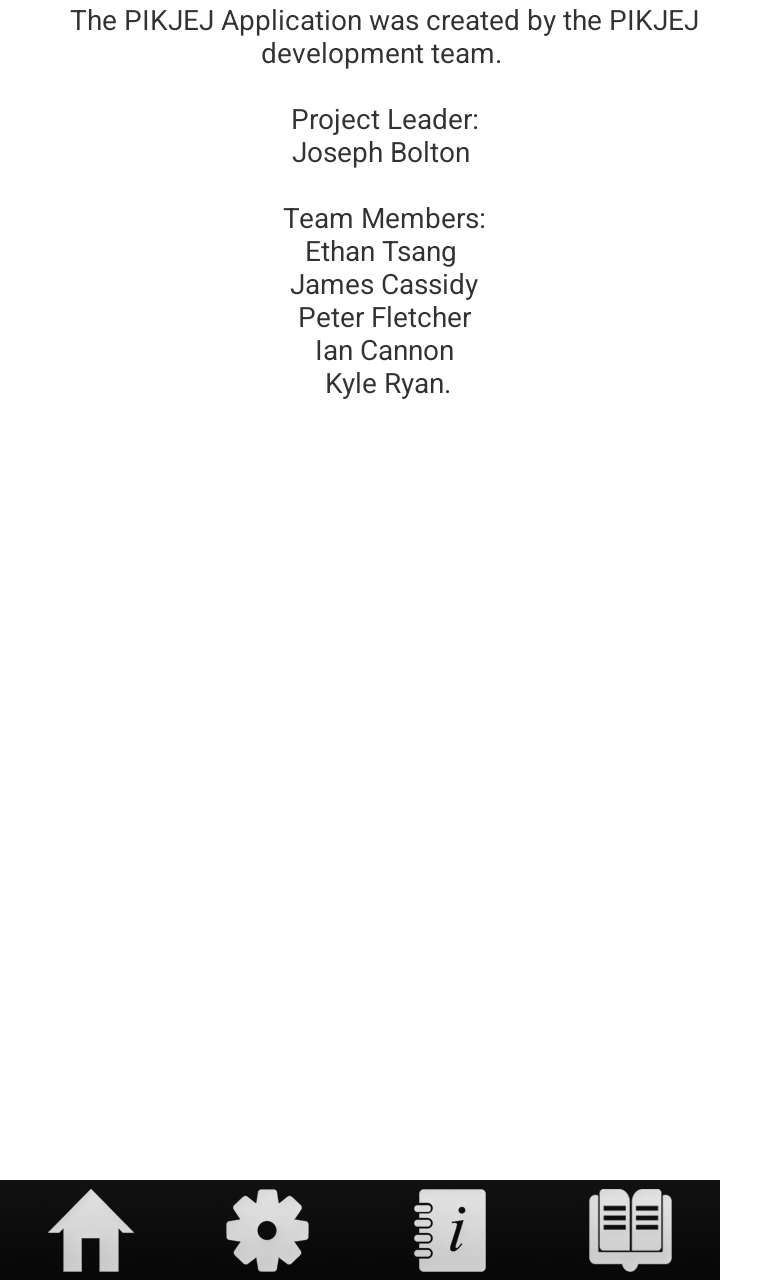
Repository: jo3bolton/PIKJEJ
Layout: PIKJEJ v7/PIKJEJ/res/layout/activity_about.xml
An editor plug-in stored every save of this project. The layout is shown before and after the next save, followed by the edit.
It is drawn on a 768 x 1280 px phone screen (xhdpi) without system bars, with theme AppTheme; the app's code is not run.

Above is the layout before, as saved 2013-03-23 13:34:54.

### PIKJEJ v7/PIKJEJ/res/layout/activity_about.xml
<RelativeLayout xmlns:android="http://schemas.android.com/apk/res/android"
    xmlns:tools="http://schemas.android.com/tools"
    android:layout_width="match_parent"
    android:layout_height="match_parent"
    android:screenOrientation="portrait"
    tools:context=".About" >

    <ImageButton
        android:id="@+id/home"
        android:layout_width="wrap_content"
        android:layout_height="wrap_content"
        android:layout_alignParentBottom="true"
        android:layout_alignParentLeft="true"
        android:background="@drawable/ic_tab_home_unselected"
        android:onClick="Home" />

    <ImageButton
        android:id="@+id/settings"
        android:layout_width="wrap_content"
        android:layout_height="wrap_content"
        android:layout_alignParentBottom="true"
        android:layout_toRightOf="@+id/home"
        android:background="@drawable/ic_tab_settings_unselected"
        android:onClick="Settings" />

    <ImageButton
        android:id="@+id/about"
        android:layout_width="wrap_content"
        android:layout_height="wrap_content"
        android:layout_alignParentBottom="true"
        android:layout_toRightOf="@+id/settings"
        android:background="@drawable/ic_tab_about_unselected"
        android:onClick="About" />

    <ImageButton
        android:id="@+id/userguide"
        android:layout_width="wrap_content"
        android:layout_height="wrap_content"
        android:layout_alignParentBottom="true"
        android:layout_toRightOf="@+id/about"
        android:background="@drawable/ic_tab_userguide_unselected"
        android:onClick="Userguide" />
<ScrollView
    android:id="@+id/ScrollView1"
        android:layout_width="wrap_content"
        android:layout_height="wrap_content"
        android:layout_above="@+id/settings"
        android:layout_alignParentLeft="true"
        android:layout_alignParentRight="true"
        android:layout_alignParentTop="true">

    <TextView
        android:id="@+id/textView1"
        android:layout_width="wrap_content"
        android:layout_height="wrap_content"
        android:gravity="center"
        android:scrollbars="vertical"
        android:text="@string/page_about" />

</ScrollView>
</RelativeLayout>

### PIKJEJ v7/PIKJEJ/res/values/strings.xml
<?xml version="1.0" encoding="utf-8"?>
<resources>

    <string name="app_name">PIKJEJ</string>
    <string name="action_settings">Settings</string>
    <string name="hello_world">Hello world!</string>
    <string name="title_activity_about">About</string>
    <string name="title_activity_alt_travel">AltTravel</string>
    <string name="title_activity_userguide">Userguide</string>
    <string name="title_activity_schedule">Schedule</string>
    <string name="title_activity_settings">Settings</string>
    <string name="title_activity_predictor">Predictor</string>
    <string name="title_activity_terms">Terms</string>
    <string name="title_activity_splash">Splash</string>
    <string name="title_activity_home">Home</string>
    <string name="page_about">The PIKJEJ Application was created by the PIKJEJ development team. \n \n Project Leader: \nJoseph Bolton \n\n Team Members: \nEthan Tsang \n James Cassidy \n Peter Fletcher \n Ian Cannon \n  Kyle Ryan.</string>

</resources>

Loaded but not shown: PIKJEJ v7/PIKJEJ/res/values/styles.xml (common file); PIKJEJ v7/PIKJEJ/res/values-v11/styles.xml (common file); PIKJEJ v7/PIKJEJ/res/values-v14/styles.xml (common file)

After the next save:
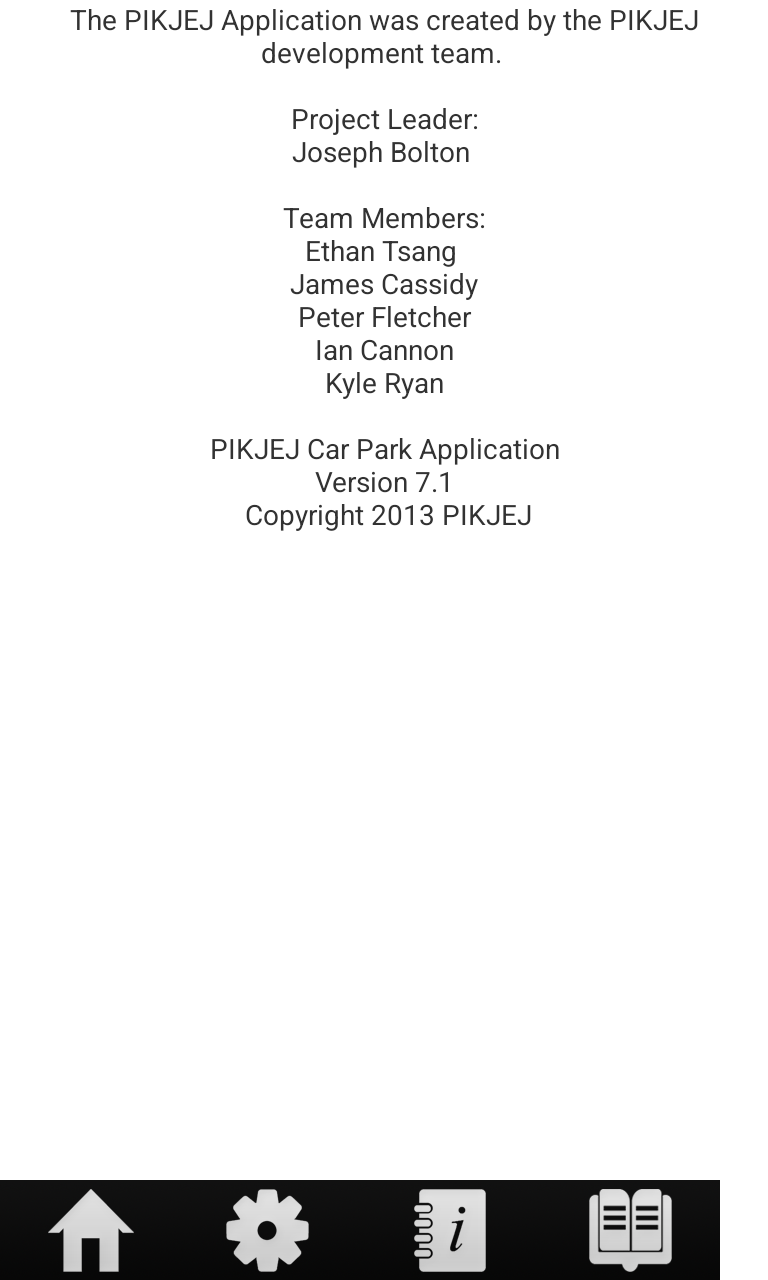
Saved 98 s later.
--- a/PIKJEJ v7/PIKJEJ/res/values/strings.xml
+++ b/PIKJEJ v7/PIKJEJ/res/values/strings.xml
@@ -13,6 +13,6 @@
     <string name="title_activity_terms">Terms</string>
     <string name="title_activity_splash">Splash</string>
     <string name="title_activity_home">Home</string>
-    <string name="page_about">The PIKJEJ Application was created by the PIKJEJ development team. \n \n Project Leader: \nJoseph Bolton \n\n Team Members: \nEthan Tsang \n James Cassidy \n Peter Fletcher \n Ian Cannon \n  Kyle Ryan.</string>
+    <string name="page_about">The PIKJEJ Application was created by the PIKJEJ development team. \n \n Project Leader: \nJoseph Bolton \n\n Team Members: \nEthan Tsang \n James Cassidy \n Peter Fletcher \n Ian Cannon \n  Kyle Ryan \n\n PIKJEJ Car Park Application \n Version 7.1 \n Copyright 2013 PIKJEJ</string>
 
 </resources>
